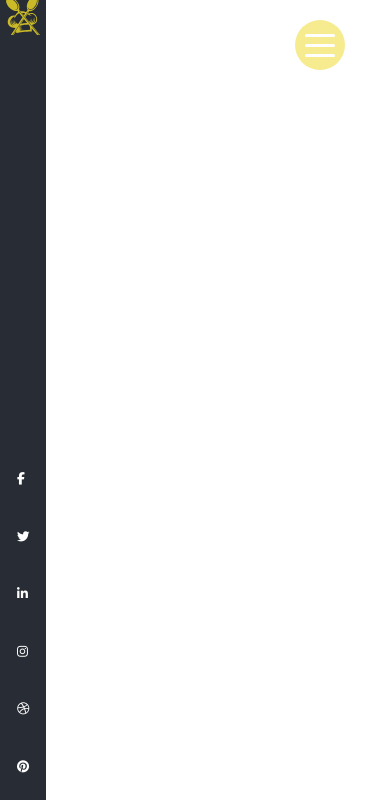
Repository: Esraa22M/Gordon-Ramsay-Biography
Page: index.html
An editor plug-in stored every save of this project. The page is shown before and after the next save, followed by the edit.
The browser window is 375 px wide. The pictures show the whole page.
Some web fonts or font styles are not loaded; a fallback is used. Some web libraries are served in a nearby version.

Above is the page before, as saved 2022-12-11 04:57:51.

After the next save:
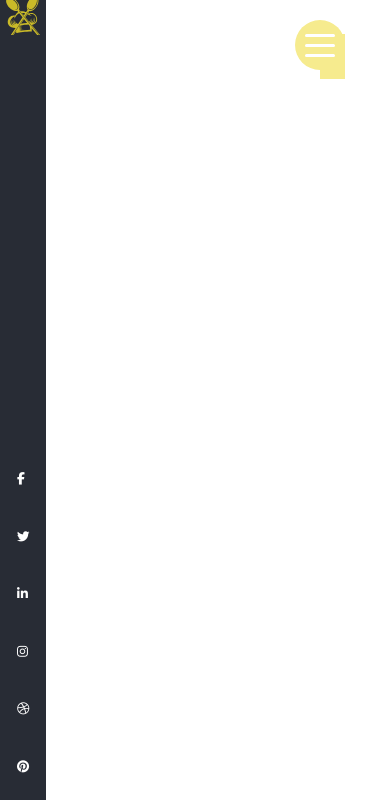
Saved 67 s later.
--- a/style.css
+++ b/style.css
@@ -160,7 +160,8 @@
     align-items: flex-start;
     position: relative;
   }
-  .header__primary-nav-links::after{
+    #header__primary-nav
+::after{
     content: '';
     position: absolute;
     height: 50%;

After the save that followed:
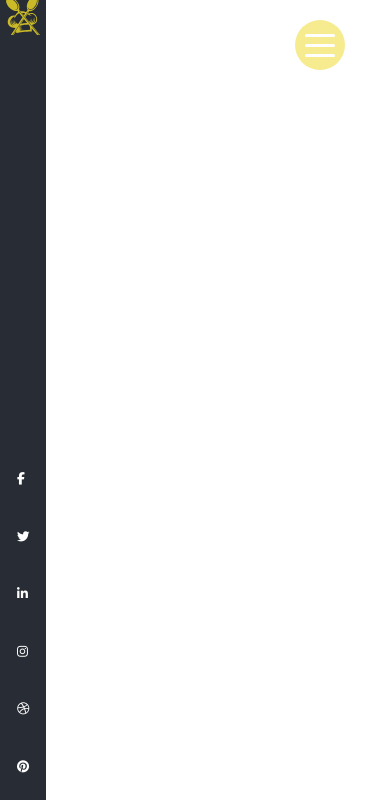
Saved 59 s later.
--- a/style.css
+++ b/style.css
@@ -160,8 +160,7 @@
     align-items: flex-start;
     position: relative;
   }
-    #header__primary-nav
-::after{
+#header__primary-nav::after{
     content: '';
     position: absolute;
     height: 50%;
